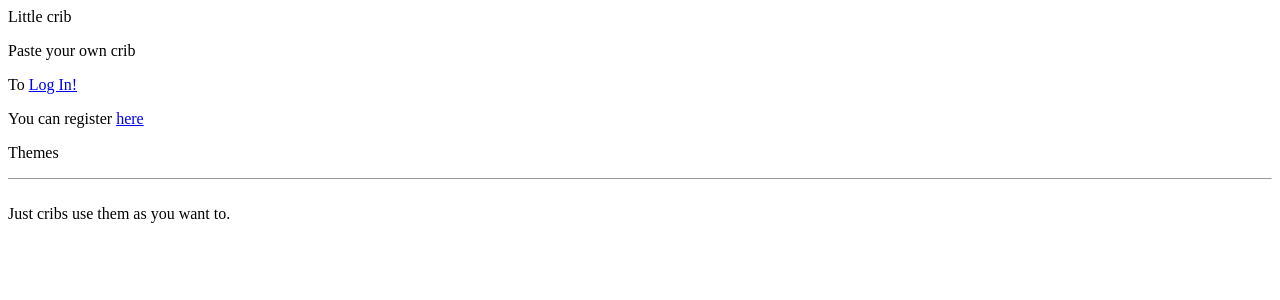
Repository: shadowroot/workspace
Page: http://localhost/
The author's editor kept a copy of each file at every save. The page is drawn from the files as they stood at one save, then again after the next save.
The browser window is 1280 px wide. The pictures show the whole page.
The page is run by PHP 8.4 with error messages shown; the project is at /var/www/html/. Queries for data that is not in the repository find no rows.

Above is the page before, as saved 2011-12-01 14:17:06.

After the next save:
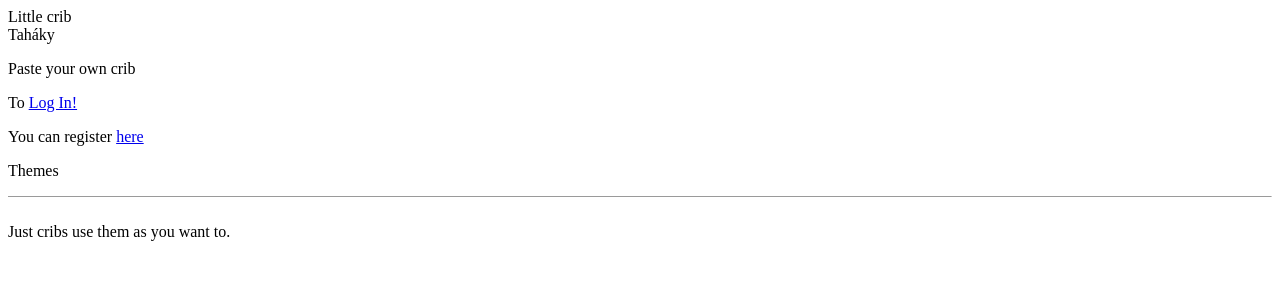
Saved 22 s later.
--- a/crib_pasted/crib.php
+++ b/crib_pasted/crib.php
@@ -1,4 +1,5 @@
-Little crib
+Little crib<br>
+Taháky
 <p>
 Paste your own crib
 <?php
